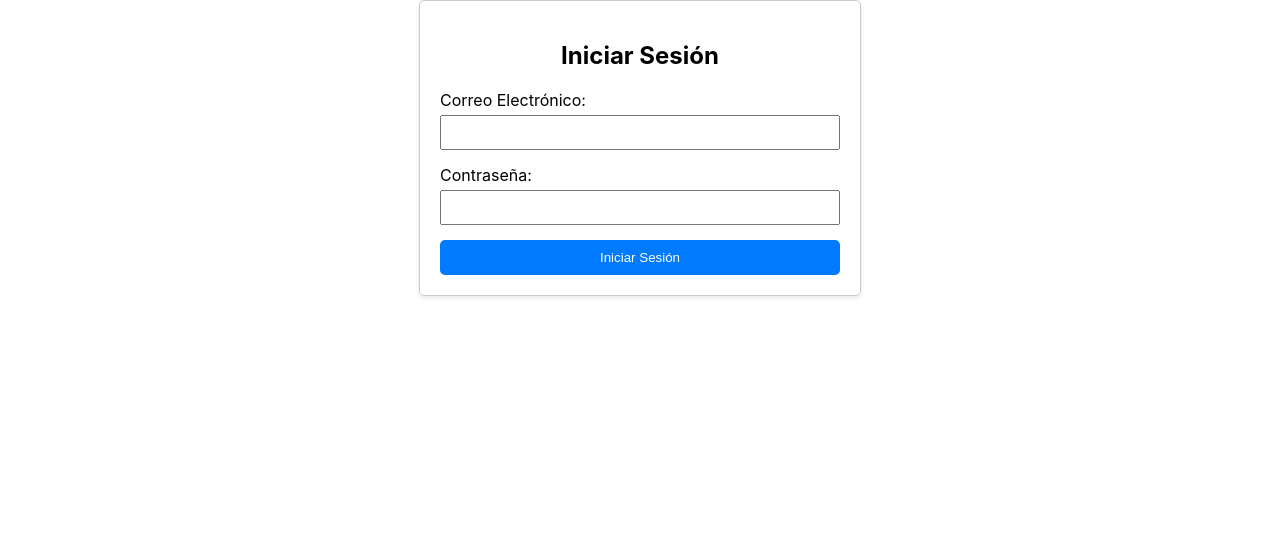
Repository: anuskazw/badminton
Page: /
An editor plug-in stored every save of this project. The page is shown before and after the next save, followed by the edit.
The browser window is 1280 px wide. The pictures show the whole page.
The project was rebuilt for these pictures with package versions that can differ from the ones it lists, and the page was loaded fresh each time.

Above is the page before, as saved 2024-11-24 22:23:02.

After the next save:
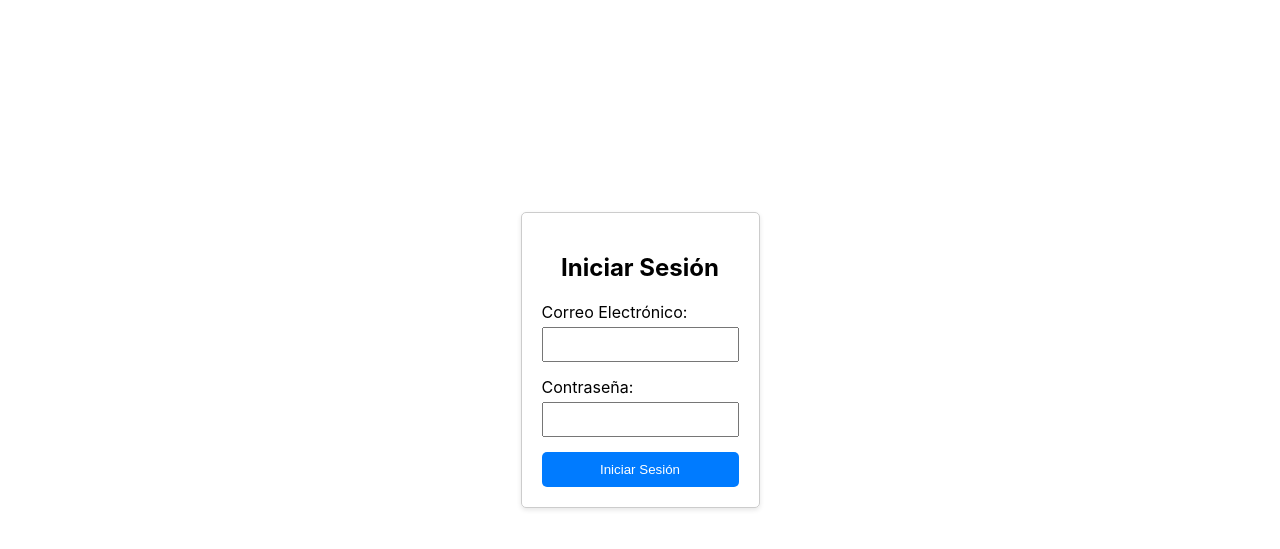
Saved 29 s later.
--- a/src/components/Login.css
+++ b/src/components/Login.css
@@ -41,3 +41,11 @@
 .login-container button:hover {
     background-color: #0056b3;
 }
+
+body {
+    display: flex;
+    justify-content: center;
+    align-items: center;
+    min-height: 100vh;
+    margin: 0;
+}
